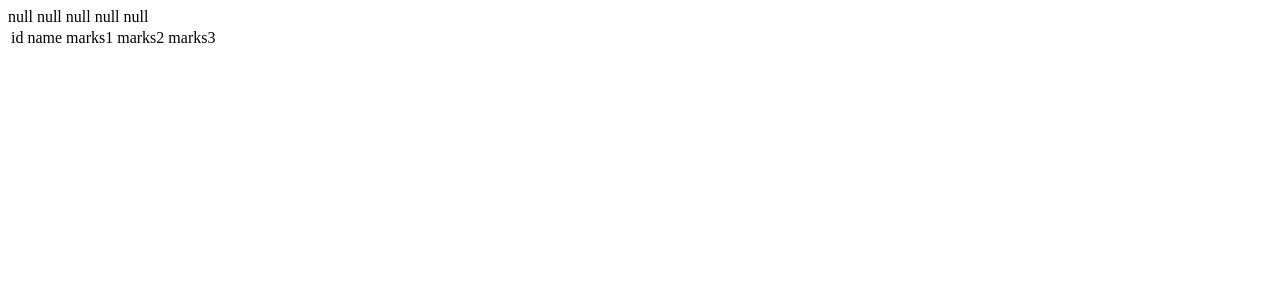
Repository: vima107/JDBC-CRUD-OPERATIONS
Page: http://localhost/get-result-mvc/getResultSuccess.jsp
These files come from the project's save history. The page is drawn as it stood at one moment and after the next save; the edit follows.
The browser window is 1280 px wide. The pictures show the whole page.
The page is served by Tomcat 9.

Above is the page before, as saved 2024-10-14 10:58:55.

After the next save:
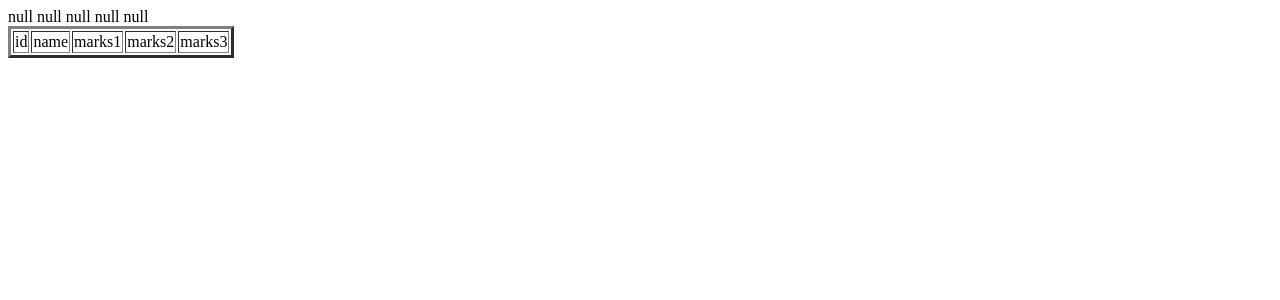
Saved 24 s later.
--- a/get-result-mvc/src/main/webapp/getResultSuccess.jsp
+++ b/get-result-mvc/src/main/webapp/getResultSuccess.jsp
@@ -17,7 +17,7 @@
 
 	out.println(id+" "+name+" "+" "+marks1+" "+marks2+" "+marks3);
 %>
- <table>
+ <table border=3>
  	<tr>
  		<td>id</td>
  		<td>name</td>
